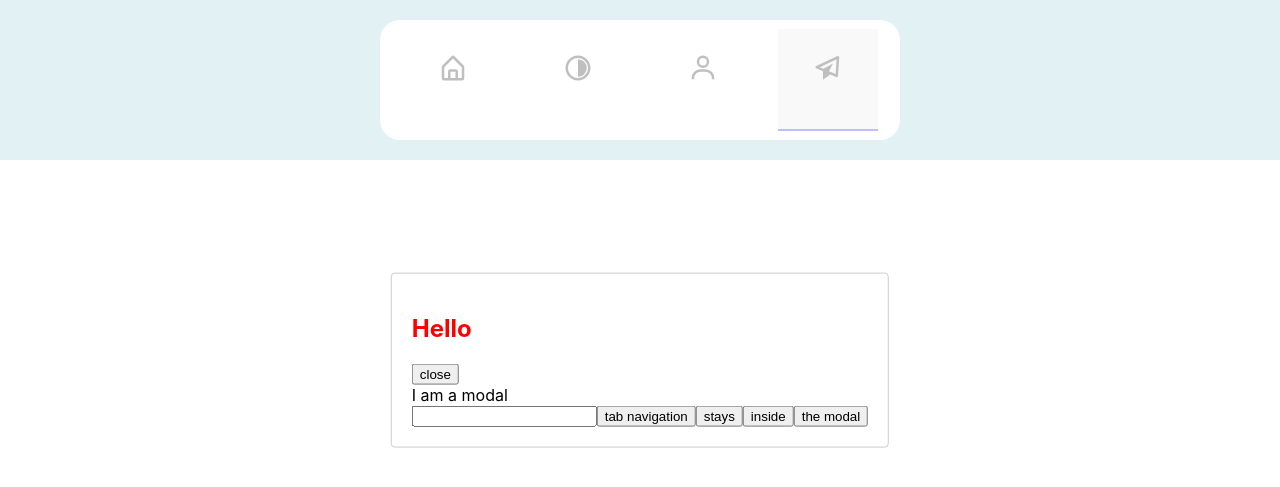
Repository: lethinh2003/pokemon_reactjs
Page: /contact
An editor plug-in stored every save of this project. The page is shown before and after the next save, followed by the edit.
The browser window is 1280 px wide. The pictures show the whole page.
The project was rebuilt for these pictures with package versions that can differ from the ones it lists, and the page was loaded fresh each time. A package was used in the major version that the imports need, not the one package.json lists. Also part of the build but not shown: src/App.css, src/custom/useFetch.js, src/styles/loading.scss, src/styles/pokemonDetail.scss, src/view/PokemonDetail.jsx, src/view/Pokemon.jsx.

Above is the page before, as saved 2021-11-28 13:42:38.

After the next save:
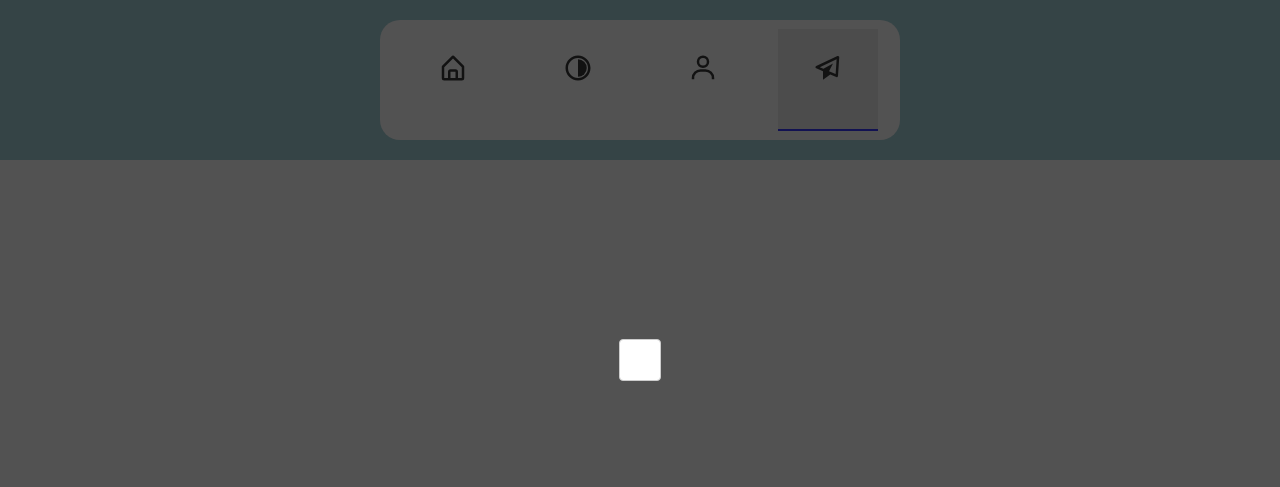
Saved 21 s later.
--- a/src/view/Contact.jsx
+++ b/src/view/Contact.jsx
@@ -1,53 +1,24 @@
-import Modal from 'react-modal';
 import { useState } from 'react';
+import '../styles/modal.scss';
 
 
 const Contact = () => {
-    let subtitle;
-    const customStyles = {
-        content: {
-          top: '50%',
-          left: '50%',
-          right: 'auto',
-          bottom: 'auto',
-          marginRight: '-50%',
-          transform: 'translate(-50%, -50%)',
-
-        },
-      };
-      const [modalIsOpen, setIsOpen] = useState(true);
-      function afterOpenModal() {
-        // references are now sync'd and can be accessed.
-        subtitle.style.color = 'red';
-
-      }
-
+  const [modalIsOpen, setIsOpen] = useState(true);
       function closeModal() {
         setIsOpen(false);
       }
-
     return(
       <>
-       <div>
+    <div className="modal-container">
+        <div className="modal-body">
 
-      <Modal
-        isOpen={modalIsOpen}
-        onAfterOpen={afterOpenModal}
-        onRequestClose={closeModal}
-        style={customStyles}
-        contentLabel="Example Modal"
-      >
-        <h2 ref={(_subtitle) => (subtitle = _subtitle)}>Hello</h2>
-        <button onClick={closeModal}>close</button>
-        <div>I am a modal</div>
-        <form>
-          <input />
-          <button>tab navigation</button>
-          <button>stays</button>
-          <button>inside</button>
-          <button>the modal</button>
-        </form>
-      </Modal>
+        </div>
+
+
+
+
+
+
     </div>
       </>
 
